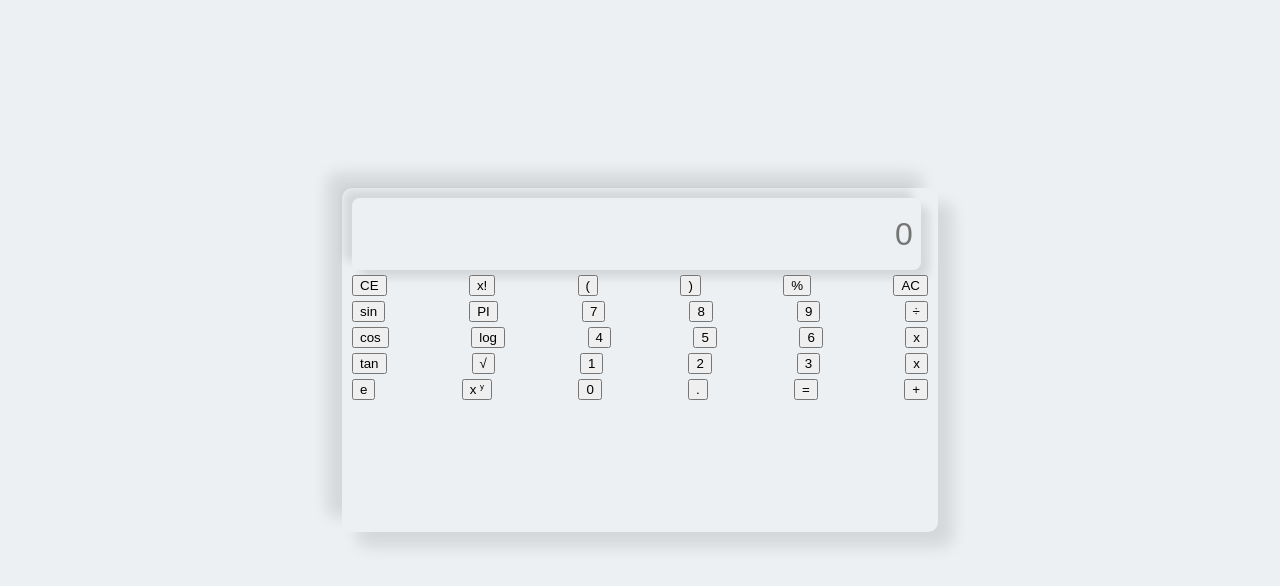
Repository: Haakim19/Scientific-Calculator
Page: intex.html
The author's editor kept a copy of each file at every save. The page is drawn from the files as they stood at one save, then again after the next save.
The browser window is 1280 px wide. The pictures show the whole page.

Above is the page before, as saved 2024-10-27 12:02:27.

After the next save:
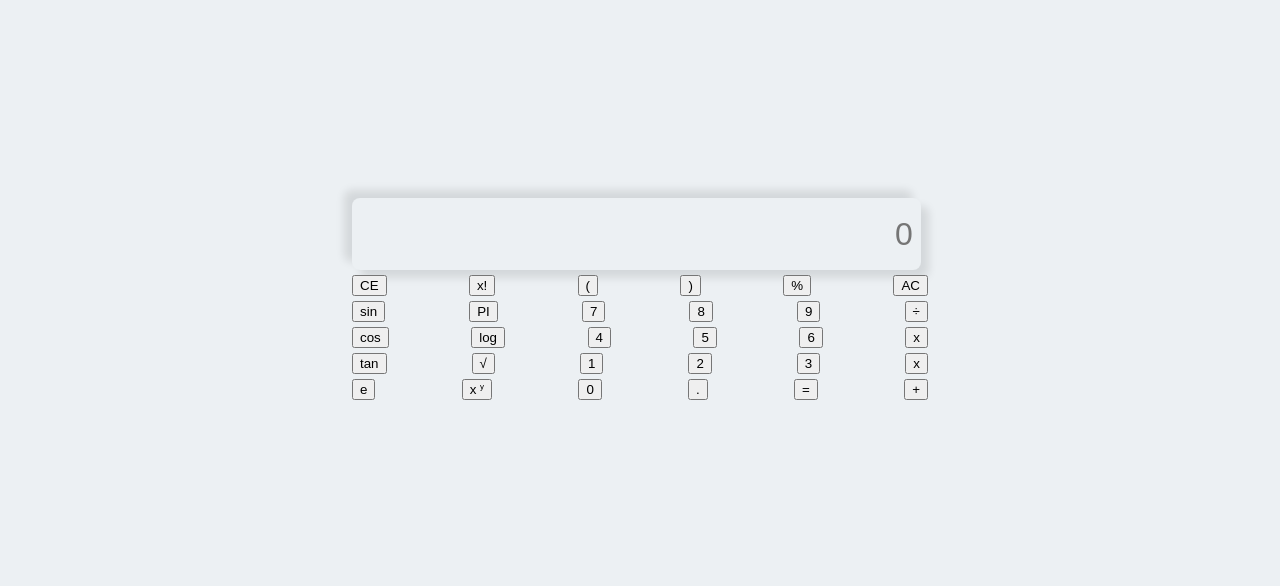
Saved 7 s later.
--- a/Style.css
+++ b/Style.css
@@ -16,7 +16,7 @@
     padding: 10px;
     border-radius: 10px;
     box-shadow: 15px 15px 15px rgba(0, 0, 0, 0.1),
-                -15px -15px 15px rgba(0, 0, 0, 0.1);
+                -15px -15px -15px rgba(0, 0, 0, 0.1);
 }
 .display #screen{
     width: 97%;

After the save that followed:
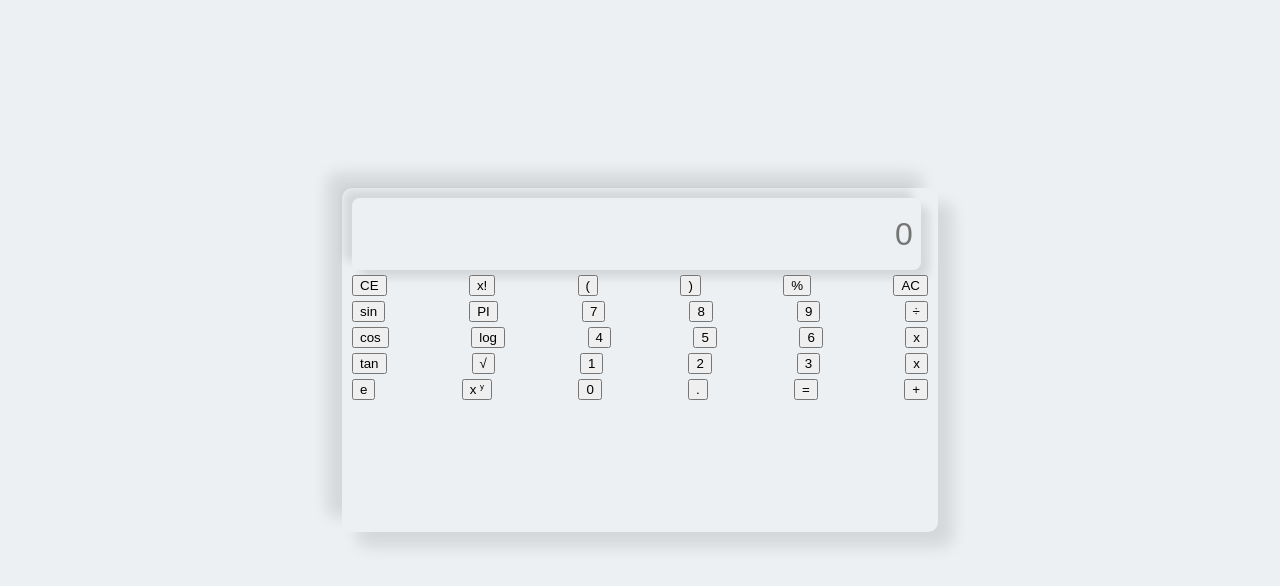
Saved 5 s later.
--- a/Style.css
+++ b/Style.css
@@ -16,7 +16,7 @@
     padding: 10px;
     border-radius: 10px;
     box-shadow: 15px 15px 15px rgba(0, 0, 0, 0.1),
-                -15px -15px -15px rgba(0, 0, 0, 0.1);
+                -15px -15px 15px rgba(0, 0, 0, 0.1);
 }
 .display #screen{
     width: 97%;
